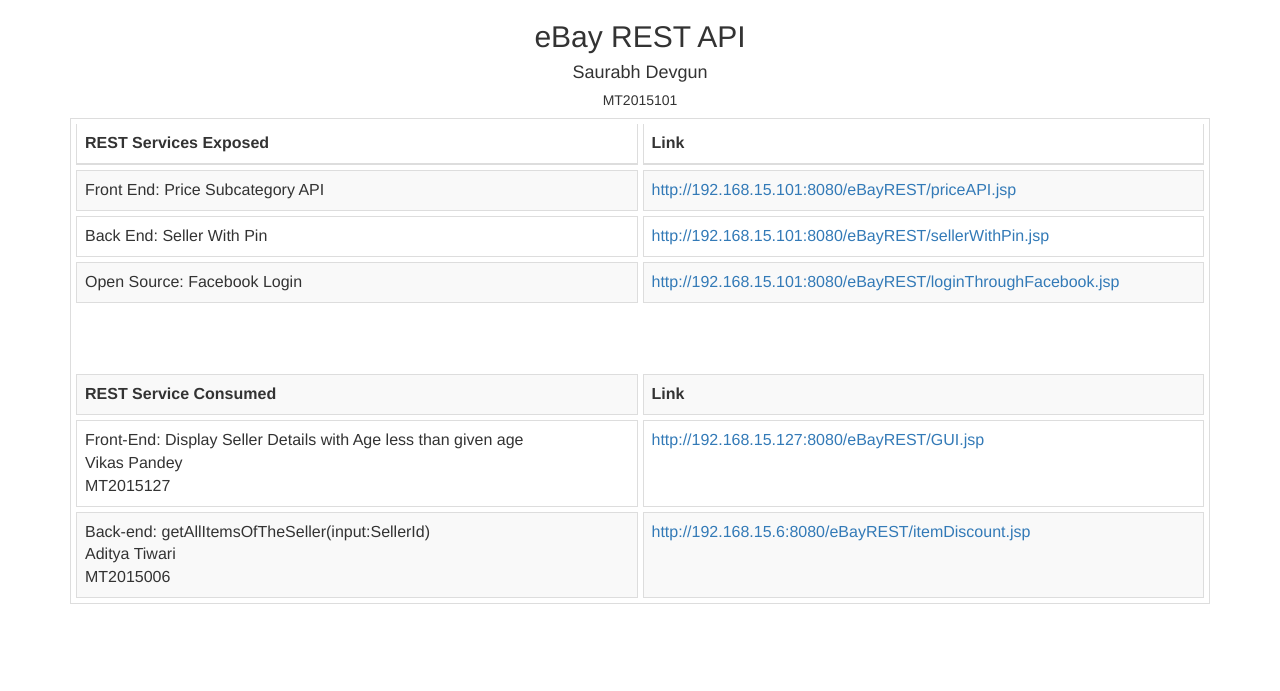
Repository: saurabh-devgun-iiitb/RESTProject
Page: http://localhost/eBayREST/
The author's editor kept a copy of each file at every save. The page is drawn from the files as they stood at one save, then again after the next save.
The browser window is 1280 px wide. The pictures show the whole page.
The page is served by Tomcat 9.

Above is the page before, as saved 2016-07-23 06:27:15.

After the next save:
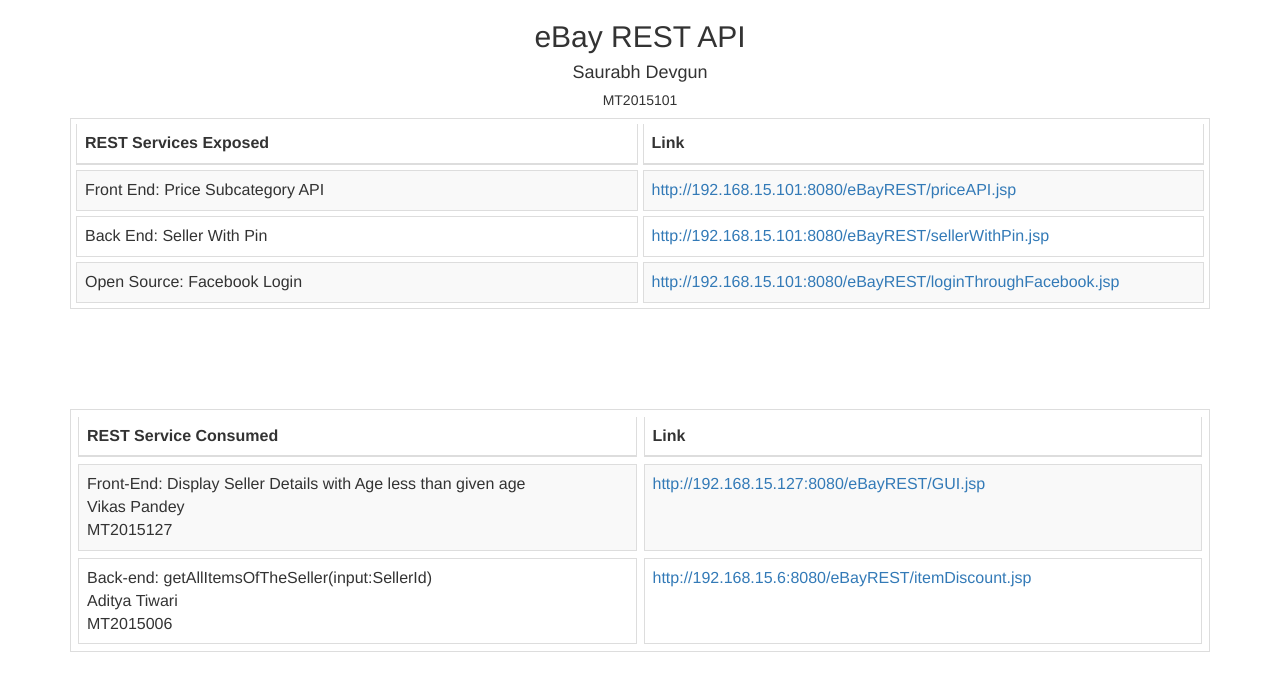
Saved 3 min 5 s later.
--- a/eBayREST/WebContent/index.jsp
+++ b/eBayREST/WebContent/index.jsp
@@ -40,25 +40,10 @@
           <td>Open Source: Facebook Login</td>
           <td><a href="loginThroughFacebook.jsp">http://192.168.15.101:8080/eBayREST/loginThroughFacebook.jsp</a></td>
         </tr>
-        <tr>
-        	<td colspan="2" style="border:0px"><br><br></td>
-        </tr>
-        <tr>
-          <th>REST Service Consumed</th>
-          <th>Link</th>
-        </tr>
-        <tr>
-          <td>Front-End: Display Seller Details with Age less than given age<br>Vikas Pandey<br>MT2015127</td>
-          <td><a href="http://192.168.15.127:8080/eBayREST/GUI.jsp">http://192.168.15.127:8080/eBayREST/GUI.jsp</a></td>
-        </tr>
-        <tr>
-          <td>Back-end: getAllItemsOfTheSeller(input:SellerId)<br>Aditya Tiwari<br>MT2015006</td>
-          <td><a href="http://192.168.15.6:8080/eBayREST/itemDiscount.jsp">http://192.168.15.6:8080/eBayREST/itemDiscount.jsp</a></td>
-        </tr>
       </tbody>
     </table>
     </div>
-    <!-- <br><br><br><br>
+    <br><br><br><br>
     <div class="container">
     	<table class="table table-hover table-striped table-bordered">
       <thead>
@@ -78,7 +63,7 @@
         </tr>
       </tbody>
     </table>
-    </div> -->
+    </div>
     <!--
     <p><a href="priceAPI.jsp">Price API</a></p>
     <p><a href="loginThroughFacebook.jsp">Login through Facebook</a></p>
